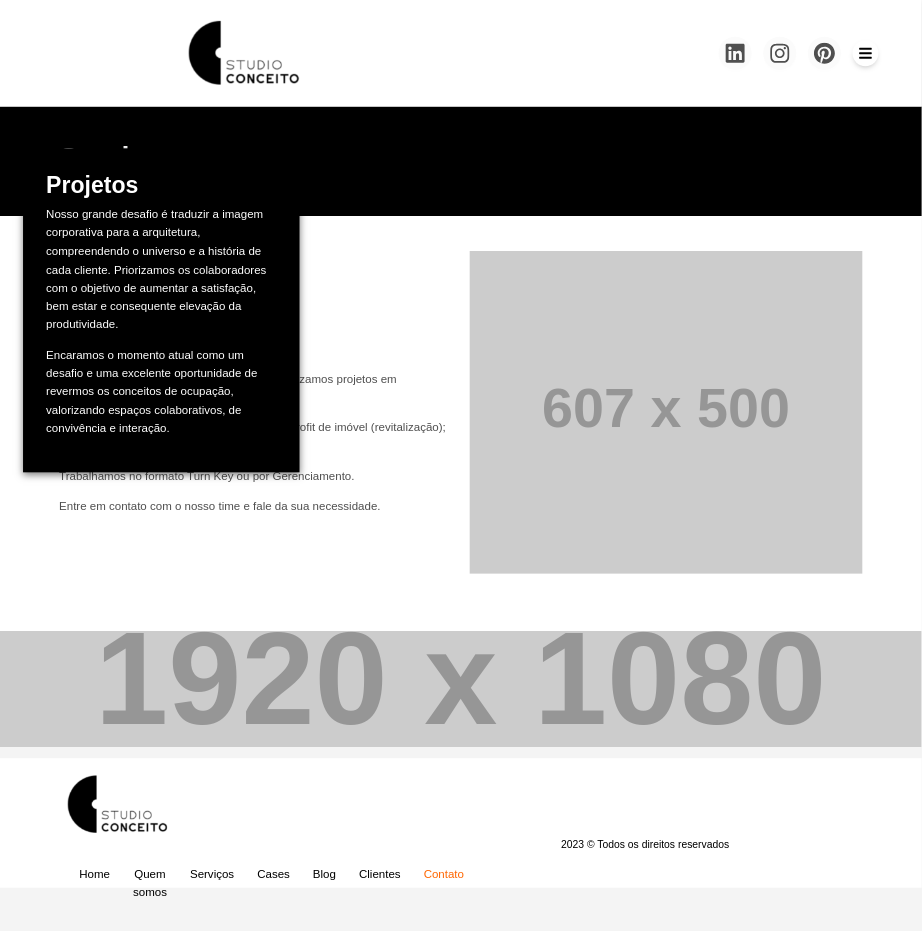
Repository: Upstairs-Agencia/studio-conceito-react
Page: /servicos
These files come from the project's save history. The page is drawn as it stood at one moment and after the next save; the edit follows.
The browser window is 1280 px wide. The pictures show the whole page, at 72% of full size.
The project was rebuilt for these pictures with package versions that can differ from the ones it lists, and the page was loaded fresh each time. Also part of the build but not shown: src/pages/Home.js, src/pages/QuemSomos.js, src/pages/Cases.js, src/pages/Blog.js, src/pages/Clientes.js, src/pages/Contato.js.

Above is the page before, as saved 2024-12-28 03:16:24.

### public/index.html
<!DOCTYPE html>
<html lang="en">
  <head>
    <meta charset="utf-8" />
    <link rel="icon" href="%PUBLIC_URL%/favicon.ico" />
    <meta name="viewport" content="width=device-width, initial-scale=1" />
    <meta name="theme-color" content="#000000" />
    <meta
      name="description"
      content="Web site created using create-react-app"
    />
    <link rel="apple-touch-icon" href="%PUBLIC_URL%/logo192.png" />
    <!--
      manifest.json provides metadata used when your web app is installed on a
      user's mobile device or desktop. See https://developers.google.com/web/fundamentals/web-app-manifest/
    -->
    <link rel="manifest" href="%PUBLIC_URL%/manifest.json" />
    <!--
      Notice the use of %PUBLIC_URL% in the tags above.
      It will be replaced with the URL of the `public` folder during the build.
      Only files inside the `public` folder can be referenced from the HTML.

      Unlike "/favicon.ico" or "favicon.ico", "%PUBLIC_URL%/favicon.ico" will
      work correctly both with client-side routing and a non-root public URL.
      Learn how to configure a non-root public URL by running `npm run build`.
    -->
    <title>Studio Conceito</title>
  </head>
  <body>
    <noscript>You need to enable JavaScript to run this app.</noscript>
    <div id="root"></div>
    <!--
      This HTML file is a template.
      If you open it directly in the browser, you will see an empty page.

      You can add webfonts, meta tags, or analytics to this file.
      The build step will place the bundled scripts into the <body> tag.

      To begin the development, run `npm start` or `yarn start`.
      To create a production bundle, use `npm run build` or `yarn build`.
    -->
  </body>
</html>

### src/index.js

import React from 'react';
import ReactDOM from 'react-dom';
import App from './App';
import 'mdb-react-ui-kit/dist/css/mdb.min.css'; // MDB styles
import './index.css'; // Global styles

ReactDOM.render(
  <React.StrictMode>
    <App />
  </React.StrictMode>,
  document.getElementById('root')
);

### src/App.js

import React from 'react';
import { BrowserRouter as Router, Routes, Route } from 'react-router-dom';
import Home from './pages/Home';
import QuemSomos from './pages/QuemSomos';
import Servicos from './pages/Servicos';
import Cases from './pages/Cases';
import Blog from './pages/Blog';
import Clientes from './pages/Clientes';
import Contato from './pages/Contato';

function App() {
  return (
    <Router>
      <Routes>
        <Route path="/" element={<Home />} />
        <Route path="/quem-somos" element={<QuemSomos />} />
        <Route path="/servicos" element={<Servicos />} />
        <Route path="/cases" element={<Cases />} />
        <Route path="/blog" element={<Blog />} />
        <Route path="/clientes" element={<Clientes />} />
        <Route path="/contato" element={<Contato />} />
      </Routes>
    </Router>
  );
}

export default App;

### src/index.css

body {
  margin: 0;
  font-family: Arial, sans-serif;
  background-color: #f4f4f4;
}

### src/pages/Servicos.js
import React from 'react';
import { MDBContainer, MDBRow, MDBCol } from 'mdb-react-ui-kit';
import Navbar from '../components/navbar';
import Footer from '../components/footer';

const placeholderImage1 = 'https://placehold.co/607x500'; // Imagem ao lado do texto
const placeholderImage2 = 'https://placehold.co/1920x1080'; // Imagem de fundo

const Servicos = () => {
  return (
    <div>
      <Navbar />

      {/* Sessão preta com título */}
      <section className="bg-black text-white py-5">
        <MDBContainer>
          <h1 className="fw-bold">Serviços</h1>
        </MDBContainer>
      </section>

      {/* Sessão Projetar e Construir */}
      <section className="py-5 bg-white">
        <MDBContainer>
          <MDBRow className="align-items-center">
            <MDBCol md="6" className="mb-4">
              <h2 className="fw-bold mb-3">Projetar<br />e Construir</h2>
              <p>
                Transformamos sonhos em projetos e materializamos projetos em patrimônio físico e tangível.
              </p>
              <p>
                Realizamos a Implantação de novos sites; Retrofit de imóvel (revitalização); Closeout (desocupação de imóveis).
              </p>
              <p>
                Trabalhamos no formato Turn Key ou por Gerenciamento.
              </p>
              <p>
                Entre em contato com o nosso time e fale da sua necessidade.
              </p>
            </MDBCol>
            <MDBCol md="6">
              <img
                src={placeholderImage1}
                alt="Projetar e Construir"
                style={{ width: '100%', height: 'auto', marginBottom: '2rem' }}
              />
            </MDBCol>
          </MDBRow>
        </MDBContainer>
      </section>

      {/* Sessão Projetos */}
      <section
        style={{
          backgroundImage: `url(${placeholderImage2})`,
          backgroundSize: 'cover',
          backgroundPosition: 'center',
          padding: '5rem 0',
        }}
      >
        <MDBContainer>
          {/* Retângulo com texto */}
          <div
            style={{
              backgroundColor: "black",
              color: "white",
              padding: "2rem",
              width: "30%",
              position: "absolute",
              bottom: "4rem", // Faz o retângulo subir sobre a imagem de fundo
              left: "2rem", // Margem à esquerda
              height: "auto", // Aumenta a altura com base no conteúdo
              boxShadow: "0px 4px 10px rgba(0, 0, 0, 0.5)", // Para criar um efeito de profundidade
            }}
          >
            <h2 className="fw-bold">Projetos</h2>
            <p>
              Nosso grande desafio é traduzir a imagem corporativa para a arquitetura, compreendendo o universo e a história de cada cliente. Priorizamos os colaboradores com o objetivo de aumentar a satisfação, bem estar e consequente elevação da produtividade.
            </p>
            <p>
              Encaramos o momento atual como um desafio e uma excelente oportunidade de revermos os conceitos de ocupação, valorizando espaços colaborativos, de convivência e interação.
            </p>
          </div>
        </MDBContainer>
      </section>

      <Footer />
    </div>
  );
};

export default Servicos;

### src/components/navbar.js
import React, { useState } from "react";

import Logo from "../images/logoBlack.png";

import {
  MDBNavbar,
  MDBNavbarBrand,
  MDBContainer,
} from "mdb-react-ui-kit";
import { FaLinkedin, FaInstagram, FaPinterest, FaBars } from "react-icons/fa";
import { IoIosClose } from "react-icons/io";
import { Link } from "react-router-dom";

import SeloGptw from "../images/selo-gptw.png";

const Navbar = () => {
  const [showMenu, setShowMenu] = useState(false);

  return (
    <>
      {/* Navbar */}
      <MDBNavbar dark bgColor="white" className="py-4 px-5">
        <MDBContainer fluid className="d-flex justify-content-between align-items-center">
          {/* Logo */}
          <MDBNavbarBrand href="#" className="ms-5">
            <img
              src={Logo}
              alt="Logo"
              style={{ maxHeight: "90px", marginLeft: "12vw"}}
            />
          </MDBNavbarBrand>

          {/* Social Icons and Menu Toggle */}
          <div className="d-flex align-items-center">
            {/* Social Icons */}
            <div className="d-flex gap-3 me-3">
              <button className="btn btn-light rounded-circle p-2">
                <FaLinkedin size={30} />
              </button>
              <button className="btn btn-light rounded-circle p-2">
                <FaInstagram size={30} />
              </button>
              <button className="btn btn-light rounded-circle p-2">
                <FaPinterest size={30} />
              </button>
            </div>

            {/* FaBars Icon for Sidebar */}
            <button
              className="btn rounded-circle p-2"
              style={{
                background: "none",
                border: "none",
                cursor: "pointer",
              }}
              onClick={() => setShowMenu(!showMenu)}
            >
              <FaBars size={20} color="black" />
            </button>
          </div>
        </MDBContainer>
      </MDBNavbar>

      {/* Sidebar Menu */}
      {showMenu && (
        <div
          className="position-fixed top-0 end-0 bg-white vh-100 vw-350 shadow-lg d-flex flex-column"
          style={{ zIndex: 1050, width: "500px" }}
        >
          <div className="d-flex justify-content-end p-3">
            {/* Close Button */}
            <button
              className="p-0"
              style={{
                background: "none",
                border: "none",
                cursor: "pointer",
              }}
              onClick={() => setShowMenu(false)}
            >
              <IoIosClose size={40} />
            </button>
          </div>





          <div className="p-4 flex-grow-1">
            {/* Menu Items */}
            <ul className="list-unstyled">
              {[
                { label: "Home", link: "/" },
                { label: "Quem somos", link: "/quem-somos" },
                { label: "Serviços", link: "/servicos" },
                { label: "Cases", link: "/cases" },
                { label: "Blog", link: "/blog" },
                { label: "Clientes", link: "/clientes" },
                { label: "Contato", link: "/contato" },
              ].map((item, index) => (
                <li key={index} className="py-2">
                  <Link
                    to={item.link}
                    className="text-decoration-none fs-6"
                    style={{
                      transition: "all 0.3s ease-in-out", // Transição suave
                      color:"black"
                    }}
                    onMouseOver={(e) => {
                      e.currentTarget.style.color = "#FF7F30"; // Altera a cor
                      e.currentTarget.style.fontWeight = "bold"; // Negrito
                    }}
                    onMouseOut={(e) => {
                      e.currentTarget.style.color = "black"; // Retorna à cor original
                      e.currentTarget.style.fontWeight = "normal"; // Retira o negrito
                    }}
                  >
                    {item.label}
                  </Link>
                </li>
              ))}
            </ul>
          </div>



          {/* Footer Section */}
          <div className="d-flex justify-content-between align-items-center px-4 pb-4">
            {/* Social Icons */}
            <div className="d-flex gap-3">
              <button className="btn btn-dark rounded-circle p-2">
                <FaLinkedin size={20} color="white" />
              </button>
              <button className="btn btn-dark rounded-circle p-2">
                <FaInstagram size={20} color="white" />
              </button>
              <button className="btn btn-dark rounded-circle p-2">
                <FaPinterest size={20} color="white" />
              </button>
            </div>

            {/* Placeholder Image */}
            <img
              src={SeloGptw}
              alt="Great Place to Work"
              style={{ maxHeight: "200px", marginBottom: "4rem" }}
            />
          </div>
        </div>
      )}
    </>
  );
};

export default Navbar;

### src/components/footer.js
import React from "react";
import { MDBFooter, MDBContainer, MDBRow, MDBCol } from "mdb-react-ui-kit";
import Logo from "../images/logoBlack.png";
import "../styles/footer.css";

const Footer = () => {
  return (
    <MDBFooter className="footer-container text-center text-white">
      <MDBContainer className="p-4 footer-content">

        <MDBRow className="content-signature">
            {/* Logo e Nome */}
            <MDBCol md="4" className="mb-4 footer-left">
                <img
                    src={Logo}
                    alt="Studio Conceito Logo"
                    className="footer-logo"
                />

                {/* Navegação */}
                <MDBCol md="4" className="mb-3 footer-center">
                    <nav className="footer-nav">
                        <a href="/">Home</a>
                        <a href="/quem-somos"> Quem somos </a>
                        <a href="/servicos">Serviços</a>
                        <a href="/cases">Cases</a>
                        <a href="/blog">Blog</a>
                        <a href="/clientes">Clientes</a>
                        <a href="/contato" className="footerHighlight">
                            Contato
                        </a>
                    </nav>
                </MDBCol>

            </MDBCol>

            {/* Direitos Reservados */}
            <MDBCol md="4" className="mb-4 footer-right">
                <p className="mb-0">2023 &copy; Todos os direitos reservados</p>
            </MDBCol>

        </MDBRow>



      </MDBContainer>
    </MDBFooter>
  );
};

export default Footer;

### src/styles/footer.css
.footer-container {
    background-color: white;
    height: 25vh !important; /* Ocupa 30% da altura da tela */
    display: flex;
    justify-content: center;
    align-items: center;
    color: black;
    font-family: Arial, sans-serif;
    margin: 1rem 0;
  }

  .footer-content {
    height: 100%; /* Garante que o conteúdo ocupe toda a altura do footer */
  }

  .content-signature{
    display: flex;
    flex-direction: row;
  }

  .footer-left {
    display: flex;
    flex-direction: column;
  }

  .footer-logo {
    max-width: 40%; /* Aumenta a imagem para 40% de seu tamanho */
    margin-bottom: 10px;
  }


  .footer-center {
    text-align: center;
    margin: 2rem 0;
  }

  .footer-nav{
    display: flex;
    flex-direction: row;
    justify-content: space-around;
    width:35vw;

  }

  .footerHighlight {
    color: #ff6600 !important;
  }

  .footer-nav a {
    margin: 1px 1rem;
    text-decoration: none;
    color: #000;
    font-size: 1rem;
    transition: color 0.3s ease;
  }

  .footer-nav a:hover {
    color: #ff6600;
  }



  .footer-right {
    text-align: center;
    display: flex;
    justify-content: center;
    align-items: center;
    margin-left: 20vw;
    font-size: 0.9rem;
    color: #000;
  }

After the next save:
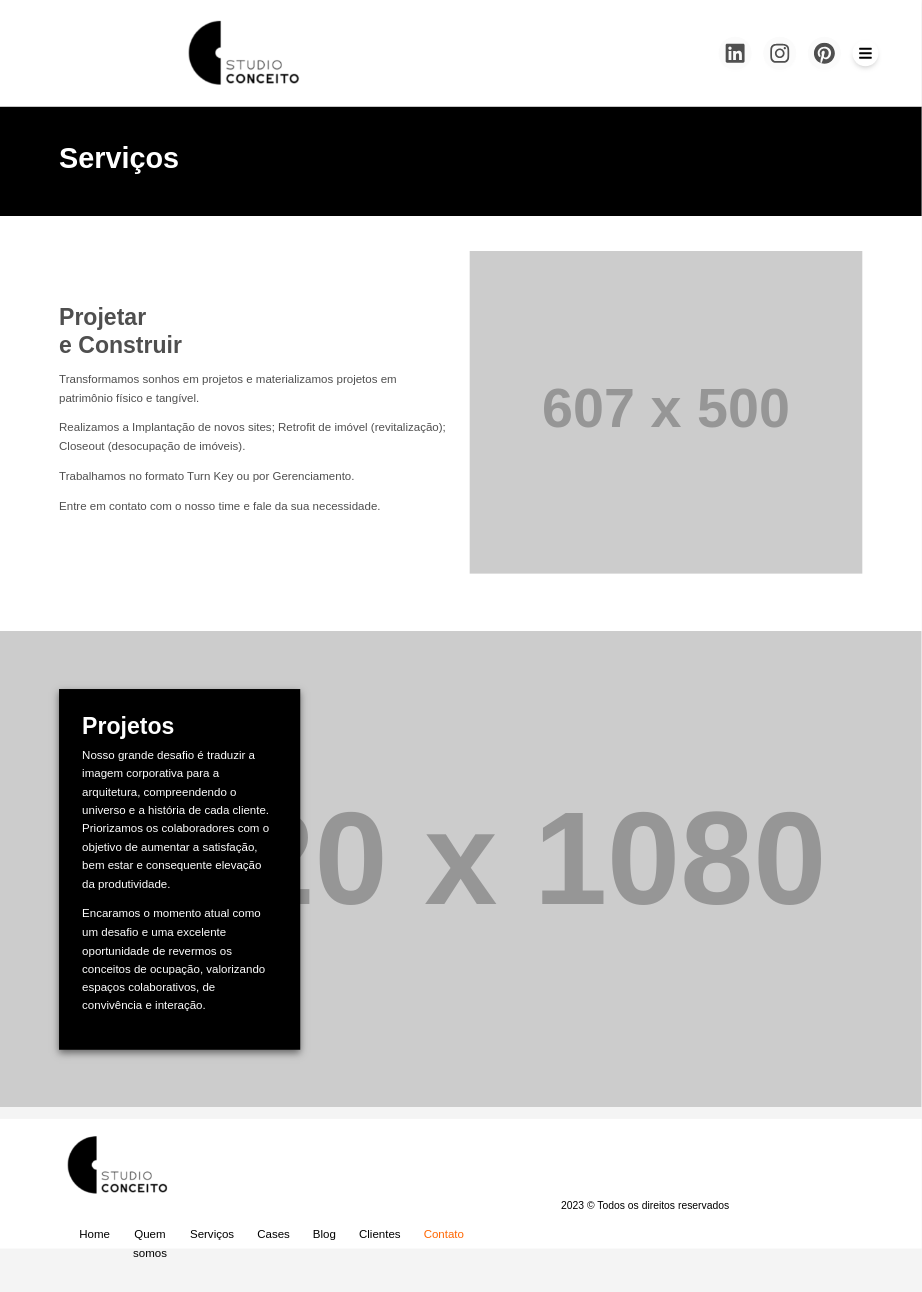
Saved 12 s later.
--- a/src/pages/Servicos.js
+++ b/src/pages/Servicos.js
@@ -65,7 +65,6 @@ const Servicos = () => {
               color: "white",
               padding: "2rem",
               width: "30%",
-              position: "absolute",
               bottom: "4rem", // Faz o retângulo subir sobre a imagem de fundo
               left: "2rem", // Margem à esquerda
               height: "auto", // Aumenta a altura com base no conteúdo
